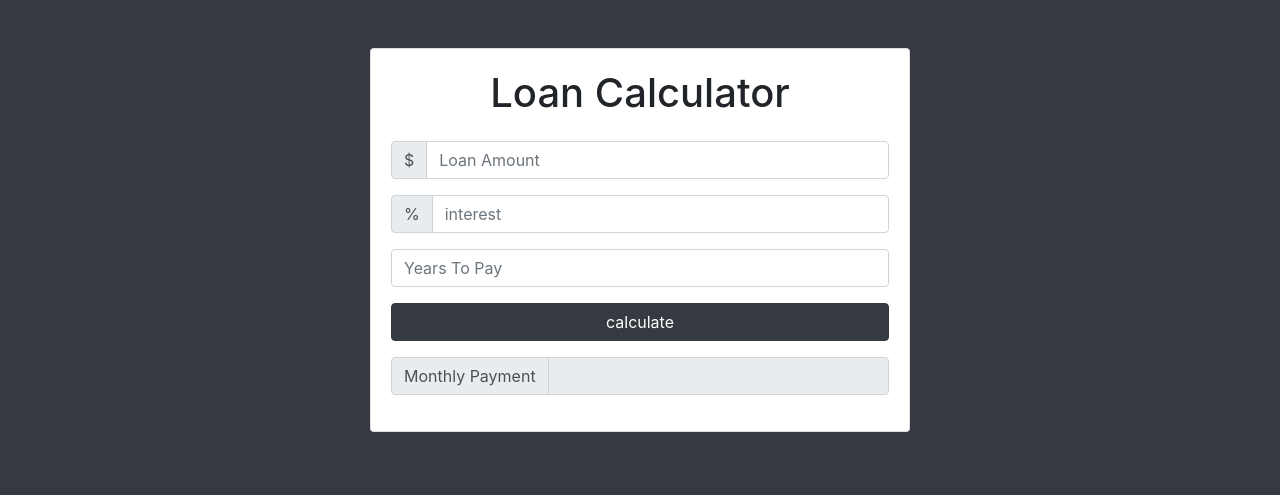
Repository: varun-project/LearningJs
Page: index.html
The author's editor kept a copy of each file at every save. The page is drawn from the files as they stood at one save, then again after a run of saves.
The browser window is 1280 px wide. The pictures show the whole page.

Above is the page before, as saved 2019-07-28 17:21:54.

After the next 2 saves:
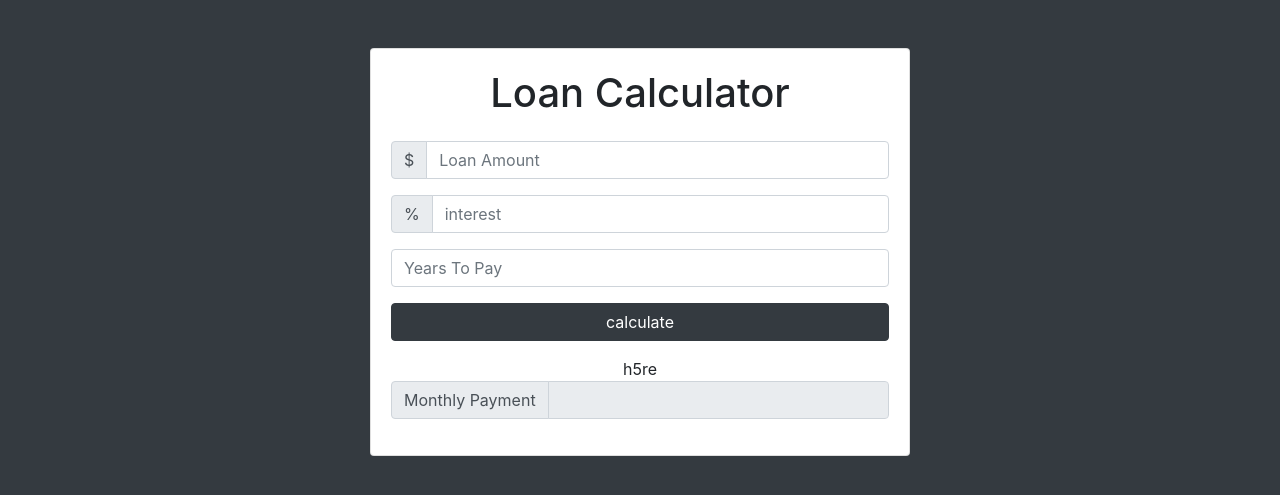
The 2 saves are shown as one change because they came seconds apart.
The last was saved 5 s later.
--- a/index.html
+++ b/index.html
@@ -70,7 +70,7 @@
             <!-- LOADER HERE -->
             <!-- RESULTS -->
             <div id="results">
-
+              h5re
             <div class="form-group">
                 <div class="input-group">
                   <div class="input-group-prepend">
